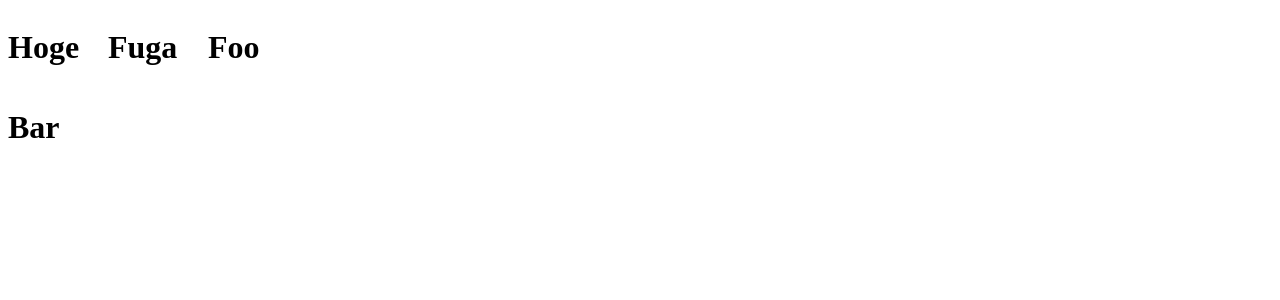
Repository: 1008216/samurai_HTML-CSS
Page: stylesheet/aa.html
The author's editor kept a record of every edit. The page is drawn from the files as they stood at one moment, then again after the next edit.
The browser window is 1280 px wide. The pictures show the whole page.

Above is the page before.

After the next edit:
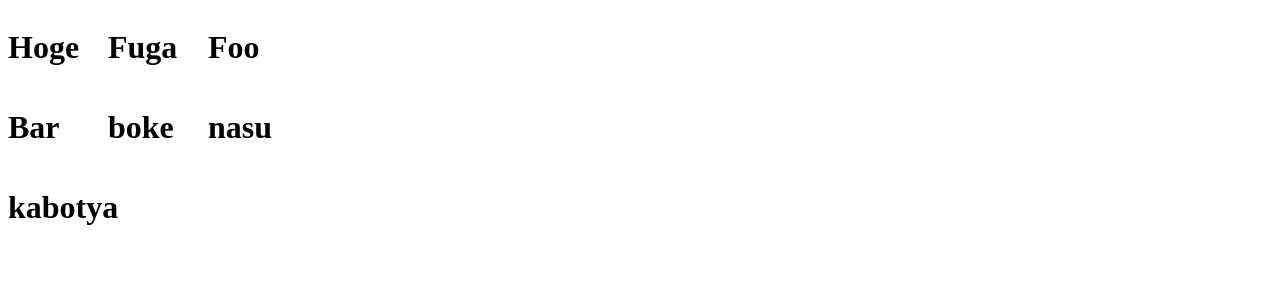
The edit:
--- a/stylesheet/aa.html
+++ b/stylesheet/aa.html
@@ -13,5 +13,8 @@
             <h1>Fuga</h1>
             <h1>Foo</h1>
             <h1>Bar</h1>
+            <h1>boke</h1>
+            <h1>nasu</h1>
+            <h1>kabotya</h1>
         </div>
     </body>
